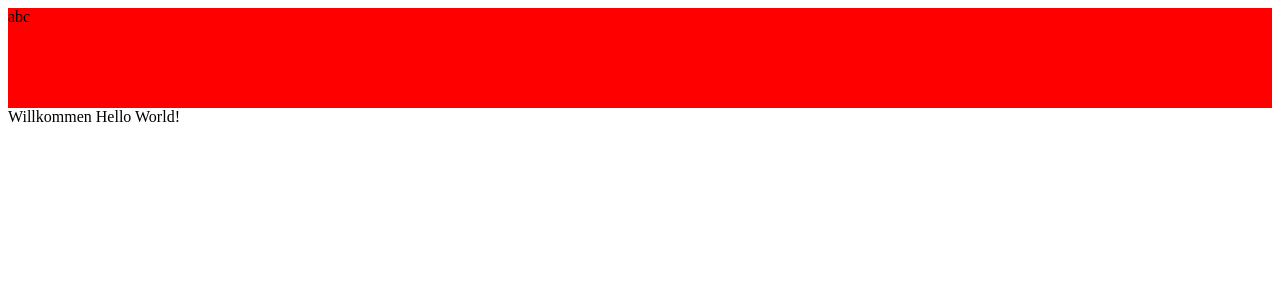
Repository: learoncero/SEProjektUebung
Page: http://localhost/HikingSoftware/
The author's editor kept a copy of each file at every save. The page is drawn from the files as they stood at one save, then again after the next save.
The browser window is 1280 px wide. The pictures show the whole page.
The page is served by Tomcat 9.

Above is the page before, as saved 2023-10-17 09:00:29.

### HikingSoftware/src/main/webapp/index.jsp
<%@ page language="java" contentType="text/html; charset=ISO-8859-1"
    pageEncoding="ISO-8859-1"%>
<!DOCTYPE html>
<html>
<head>
<meta charset="ISO-8859-1">
<title>Insert title here</title>
</head>
<body>

<div style="background-color:red; width:100%; height:100px">abc</div>

<% out.println("Willkommen Hello World!"); %>
</body>
</html>

After the next save:
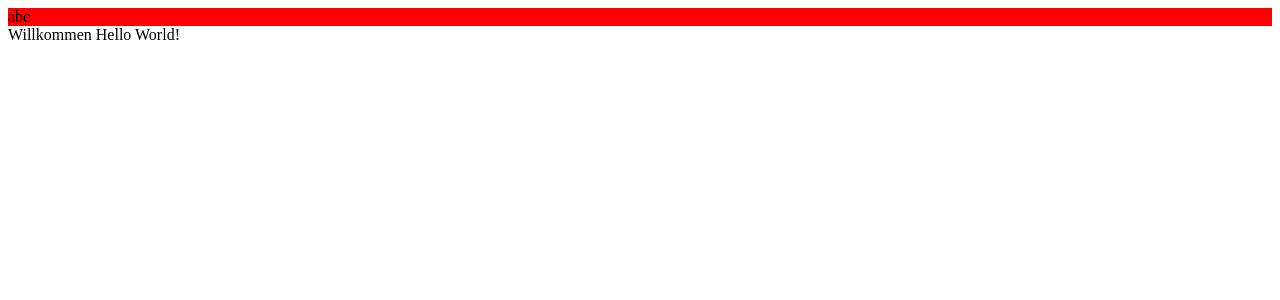
Saved 7 s later.
--- a/HikingSoftware/src/main/webapp/index.jsp
+++ b/HikingSoftware/src/main/webapp/index.jsp
@@ -8,7 +8,7 @@
 </head>
 <body>
 
-<div style="background-color:red; width:100%; height:100px">abc</div>
+<div style="background-color:red; width:100%; height:10%">abc</div>
 
 <% out.println("Willkommen Hello World!"); %>
 </body>
